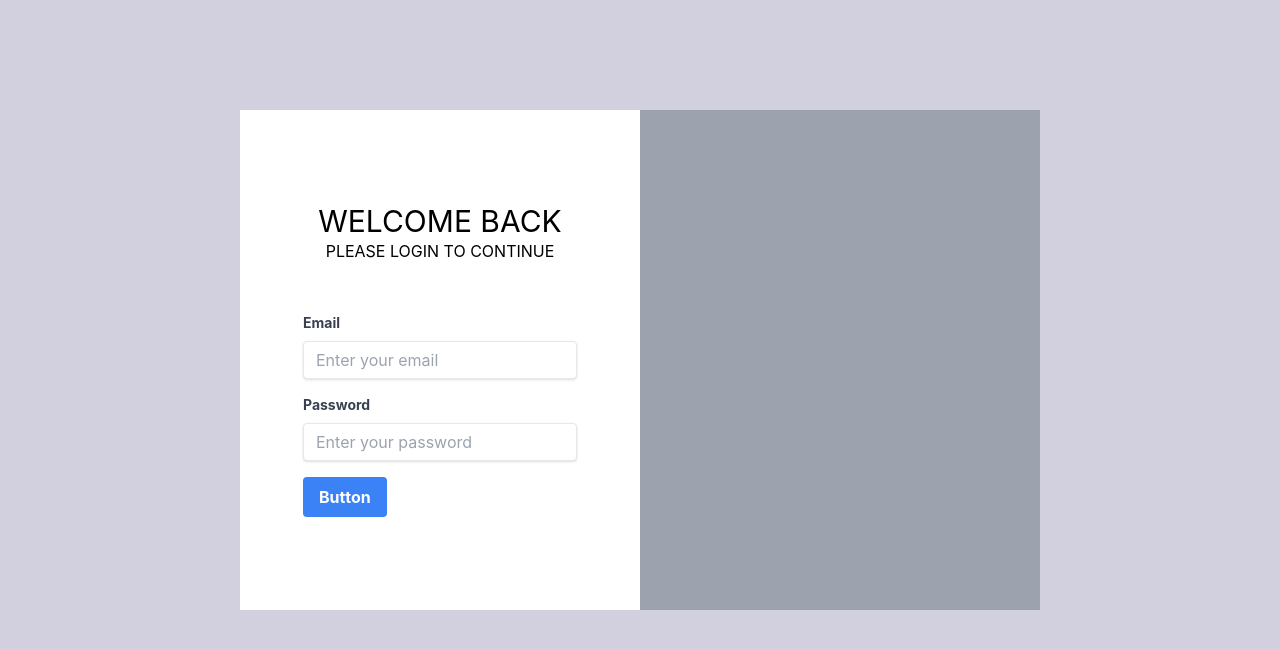
Repository: cosmicswati/upgrad-captions-project
Page: /
These files come from the project's save history. The page is drawn as it stood at one moment and after the next save; the edit follows.
The browser window is 1280 px wide. The pictures show the whole page.
The project was rebuilt for these pictures with package versions that can differ from the ones it lists, and the page was loaded fresh each time.

Above is the page before, as saved 2024-04-08 19:16:21.

After the next save:
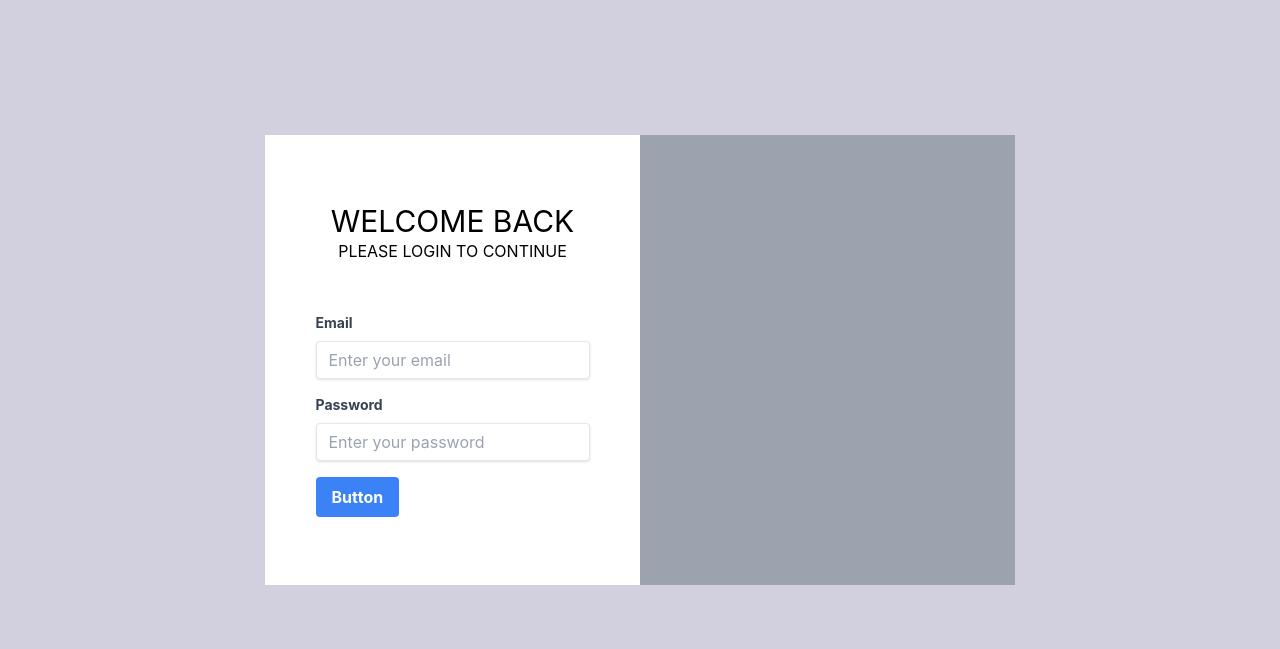
Saved 28 s later.
--- a/src/modules/Authorization/Form.jsx
+++ b/src/modules/Authorization/Form.jsx
@@ -5,7 +5,7 @@ import Button from '../../components/Button';
 const Form = () => {
   return (
     <div className='bg-[#d2cfdf] h-screen w-full flex justify-center items-center'>
-      <div className='h-[500px] w-[800px] bg-white flex justify-center items-center'>
+      <div className='h-[450px] w-[750px] bg-white flex justify-center items-center'>
       <div className='h-full w-full flex flex-col justify-center items-center'>
          <div className='text-3xl'>WELCOME BACK</div>
          <div className='mb-[50px]'>PLEASE LOGIN TO CONTINUE</div>
